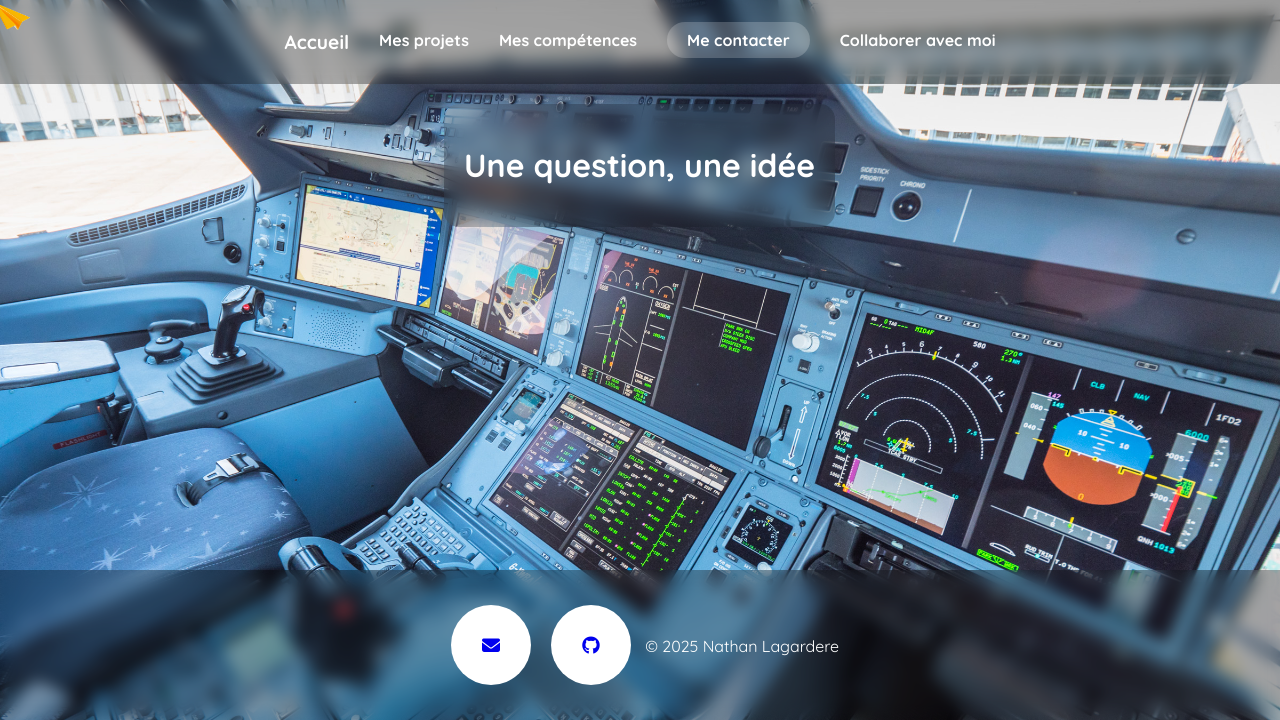
Repository: nlagardere/myportfolio
Page: contact.html
The author's editor kept a copy of each file at every save. The page is drawn from the files as they stood at one save, then again after the next save.
The browser window is 1280 px wide. The pictures show the whole page.

Above is the page before, as saved 2025-09-07 11:05:58.

### contact.html
<!DOCTYPE html>
<html lang="en">
<head>
    <meta charset="UTF-8">
    <meta name="viewport" content="width=device-width, initial-scale=1.0">
    <title>Contact</title>
</head>
<body>
    <!DOCTYPE html>
<html lang="fr">
<head>
  <meta charset="UTF-8">
  <meta name="viewport" content="width=device-width, initial-scale=1.0">
  <title>Portfolio</title>

  <link href="https://fonts.googleapis.com/css2?family=Exo+2:wght@400;700&family=Quicksand:wght@400;700&display=swap" rel="stylesheet">
  <link rel="stylesheet" href="https://cdnjs.cloudflare.com/ajax/libs/font-awesome/6.5.0/css/all.min.css">

  <style>
    html{
      scroll-behavior: smooth;
      cursor: none;
    }

    body {
      font-family: 'Quicksand', sans-serif;
      margin: 0;
      padding: 0;
      min-height: 100vh;
      display: flex;
      flex-direction: column;
      background: url('a350.jpg') no-repeat center center;
      background-size: cover;
      color: #fff;

    }

    header {
      text-align: center;
      padding: 30px 20px;
      background: rgba(0,0,0,0.3);
      backdrop-filter: blur(8px);
    }

    .glasscard, .competences {
      background: rgba(0, 0, 0, 0.2);
      border-radius: 15px;
      padding: 20px;
      margin: 20px auto;
      max-width: 800px;
      backdrop-filter: blur(10px);
      box-shadow: 0 4px 30px rgba(0,0,0,0.1);
      text-align: center;
      animation: zoomPop 1s ease forwards;
      color: white;
    }

    .highlight {
      color: #FFD93D;
      font-weight: bold;
    }

    @keyframes zoomPop {
      0% { opacity: 0; transform: scale(0.1) translateZ(-800px); }
      60% { opacity: 1; transform: scale(1.2) translateZ(50px); }
      80% { transform: scale(0.95) translateZ(0); }
      100% { opacity: 1; transform: scale(1) translateZ(0); }
    }

    .wrapper {
      display: inline-flex;
      justify-content: center;
      list-style: none;
      padding: 20px 0;
      margin: 0 auto;
    }

    .wrapper .icon {
      position: relative;
      background: #ffffff;
      border-radius: 50%;
      padding: 15px;
      margin: 0 10px;
      width: 50px;
      height: 50px;
      font-size: 18px;
      display: flex;
      justify-content: center;
      align-items: center;
      cursor: pointer;
      transition: all 0.2s cubic-bezier(0.68, -0.55, 0.265, 1.55);
    }

    .wrapper .tooltip {
      position: absolute;
      bottom: 100%;
      left: 50%;
      transform: translateX(-50%) translateY(-10px);
      font-size: 14px;
      background: #333;
      color: #fff;
      padding: 5px 8px;
      border-radius: 5px;
      opacity: 0;
      pointer-events: none;
      white-space: nowrap;
      transition: all 0.3s cubic-bezier(0.68, -0.55, 0.265, 1.55);
      z-index: 10;
    }

    .wrapper .tooltip::before {
      content: "";
      position: absolute;
      top: 100%;
      left: 50%;
      transform: translateX(-50%) rotate(45deg);
      width: 8px;
      height: 8px;
      background: #333;
    }

    .wrapper .icon:hover .tooltip {
      opacity: 1;
      pointer-events: auto;
      transform: translateX(-50%) translateY(-15px);
    }

    .wrapper .mail:hover,
    .wrapper .mail:hover .tooltip,
    .wrapper .mail:hover .tooltip::before {
      background: #00CED1;
      color: #fff;
    }

    .wrapper .github:hover,
    .wrapper .github:hover .tooltip,
    .wrapper .github:hover .tooltip::before {
      background: #333333;
      color: #fff;
    }

    .footer{
      text-align: center;
      padding: 15px 20px;
      background: rgba(0,0,0,0.3);
      backdrop-filter: blur(8px);
      color: white;
      margin-top: auto;
    }

    .navbar ul {
      list-style: none;
      padding: 0;
      margin: 0;
      display: flex;
      justify-content: center;
      gap: 30px;
      flex-wrap: wrap;
    }
    .navbar ul li {
      display: inline;
    }
    .navbar ul li a {
      text-decoration: none;
      color: white;
      font-weight: bold;
      transition: color 0.3s;
    }
    .navbar ul li a:hover {
      color: #FFD93D;
    }

    .navbar .accueil a {
      font-size: 1.2em;
      font-weight: bold;
      color: #ffffff;
    }
    .navbar .accueil a:hover {
      color: #FFD93D;
    }

    .accueil-wrapper {
      background: rgba(255, 255, 255, 0.2);
      backdrop-filter: blur(10px);
      padding: 8px 20px;
      border-radius: 25px;
      color: #fff;
      font-weight: bold;
      transition: all 0.3s ease;
    }

    .accueil-wrapper:hover {
      background: rgba(255, 255, 255, 0.4);
      transform: scale(1.05);
      color: #FFD93D;
    }

    #mouse {
  position: fixed;
  top: 0;
  left: 0;
  width: 64px;
  height: 64px;
  background: url('cursor.png') no-repeat center center;
  background-size: contain;
  pointer-events: none; /* pour que le curseur ne bloque pas les clics */
  transform: translate(-50%, -50%);
  z-index: 9999;
  transform: translate(-35%, -25%);
  pointer-events: none;
}

::selection {
  background-color: #ffcc00; /* couleur de fond */
  color: #000000;            /* couleur du texte */
}


    @media (max-width: 600px) {
      .letter-block .letter {
        font-size: 2.5em;
      }
    }

  </style>
</head>
<body>
  <div id="mouse"></div>
  <header>
    <nav class="navbar">
      <ul>
        <li class="accueil">
          <a href="index.html">Accueil</a>
        </li>
        <li><a href="projects.html">Mes projets</a></li>
        <li><a href="competences.html">Mes compétences</a></li>
        <li><a href="contact.html"  class="accueil-wrapper">Me contacter</a></li>
        <li><a href="collaborate.html">Collaborer avec moi</a></li>
      </ul>
    </nav>
  </header>
  <div class="glasscard">
    <h1>Une question, une idée</h1>
  </div>


  <div class="footer">
    <ul class="wrapper">
      <li class="icon mail">
        <a href="mailto:nathan.lagardere@gmail.com" target="_blank">
          <span class="tooltip">Mail</span>
          <i class="fas fa-envelope"></i>
        </a>
      </li>
      <li class="icon github">
        <a href="https://github.com/nlagardere" target="_blank">
          <span class="tooltip">Github</span>
          <i class="fab fa-github"></i>
        </a>
      </li>
    </ul>
    © 2025 Nathan Lagardere
  </div>

  <script>
    const mouse = document.querySelector('#mouse')
    window.addEventListener('mousemove', (e) => {
      mouse.style.top = e.pageY + 'px'
      mouse.style.left = e.pageX + 'px'
    })
  </script>
</body>
</html>

</body>
</html>

After the next save:
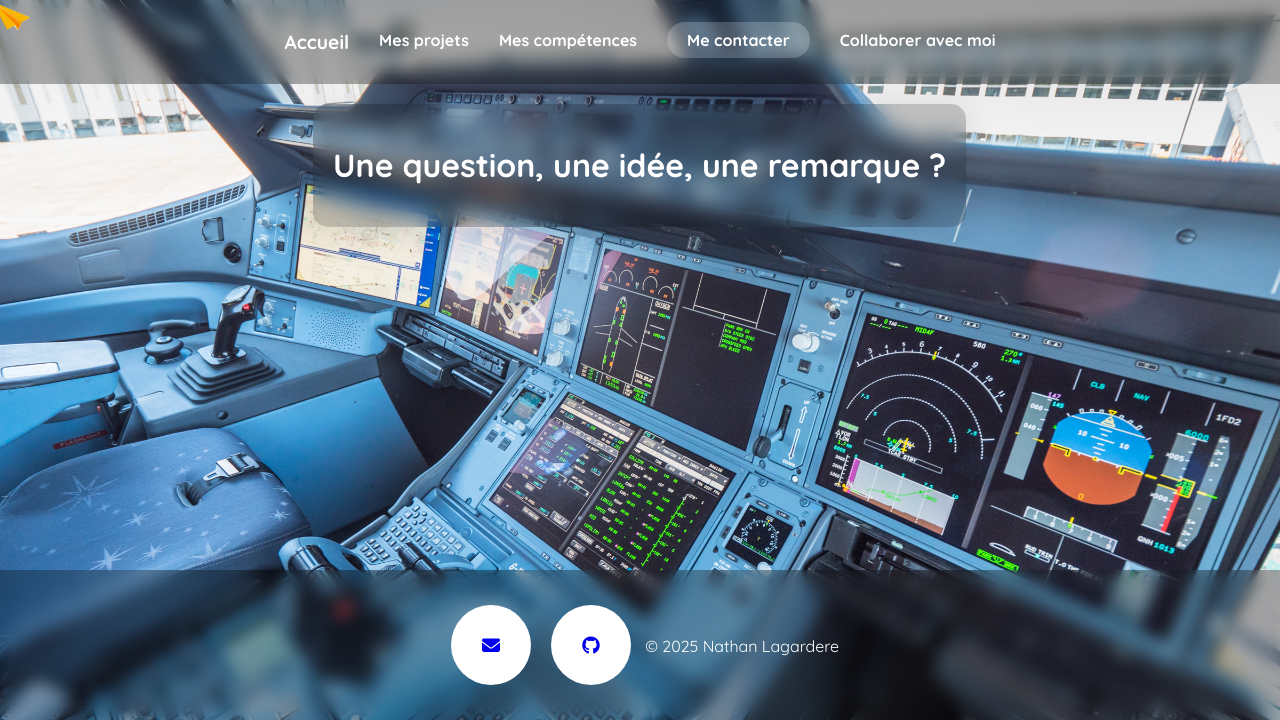
Saved 6 s later.
--- a/contact.html
+++ b/contact.html
@@ -240,7 +240,7 @@
     </nav>
   </header>
   <div class="glasscard">
-    <h1>Une question, une idée</h1>
+    <h1>Une question, une idée, une remarque ?</h1>
   </div>
 
 
